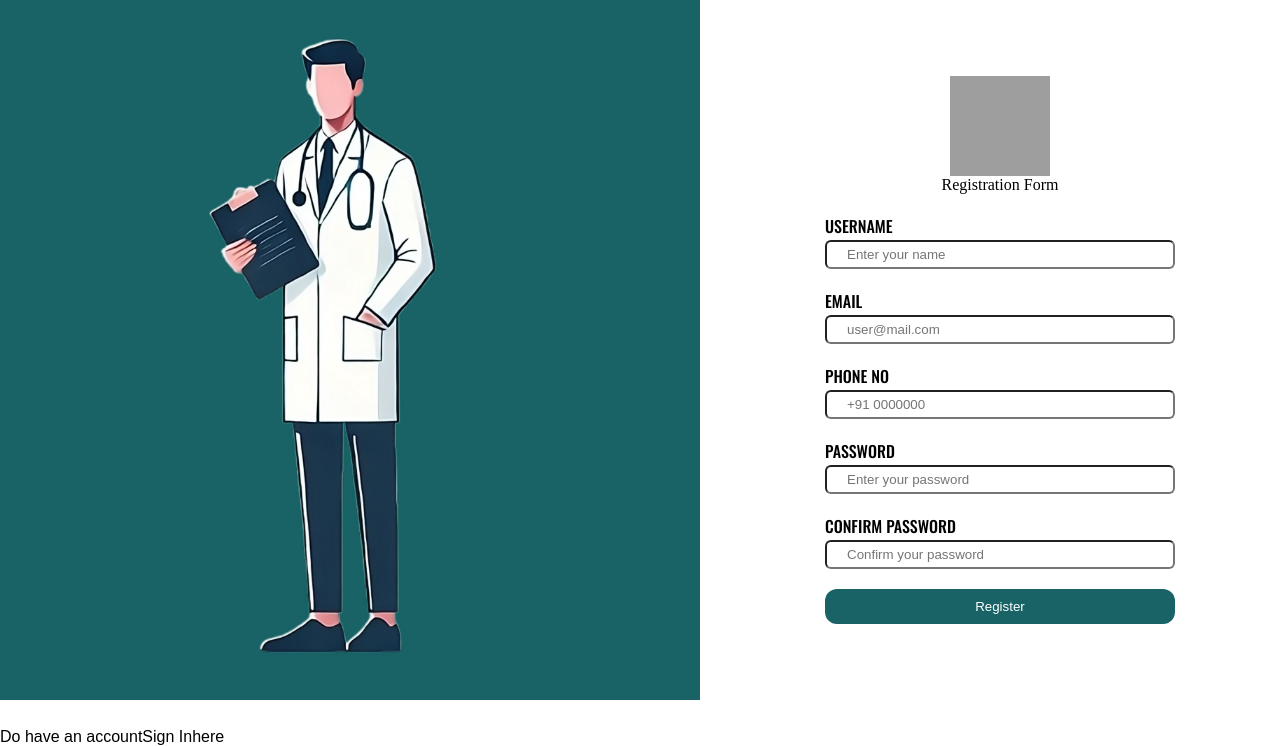
Repository: AriaFantom/Minor-Project
Page: http://localhost/Project/register.jsp
The author's editor kept a copy of each file at every save. The page is drawn from the files as they stood at one save, then again after the next save.
The browser window is 1280 px wide. The pictures show the whole page.
Pictures or frames that could not be fetched are drawn as grey boxes. Some web fonts or font styles are not loaded; a fallback is used. The page is served by Tomcat 10.

Above is the page before, as saved 2024-12-01 13:55:01.

After the next save:
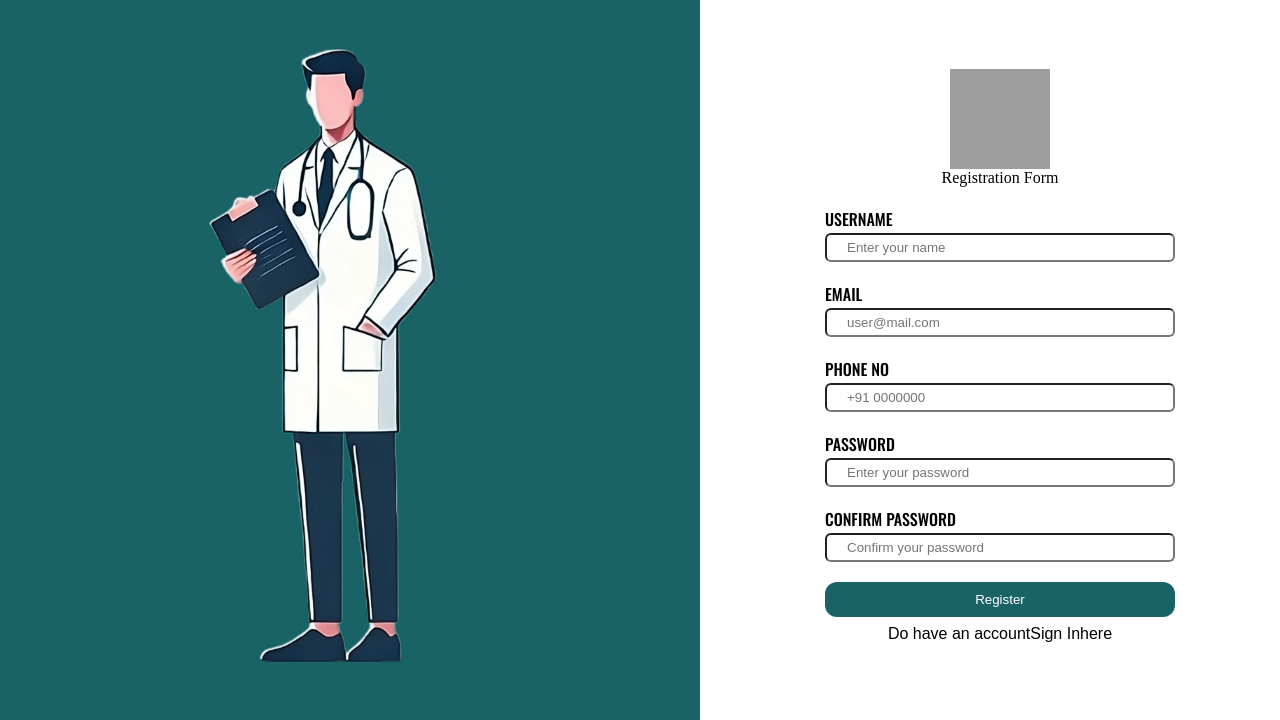
Saved 15 s later.
--- a/Project/src/main/webapp/register.jsp
+++ b/Project/src/main/webapp/register.jsp
@@ -28,9 +28,8 @@
             <input type="password" id="confirm-password" placeholder="Confirm your password">
             <button>Register</button>
         </form>
-
+        <p class="form-footer">Do have an account<a>Sign In</a>here</p>
     </div>
-    <p class="form-footer">Do have an account<a>Sign In</a>here</p>
 </main>
 </body>
 </html>
